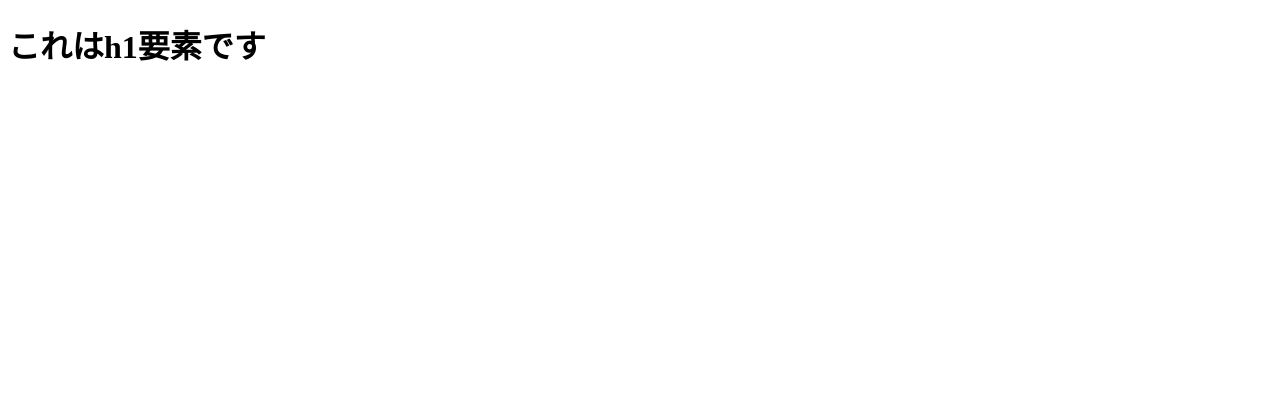
Repository: ryotaro516/Samurai_JS
Page: home.html
The author's editor kept a record of every edit. The page is drawn from the files as they stood at one moment, then again after the next edit.
The browser window is 1280 px wide. The pictures show the whole page.

Above is the page before.

After the next edit:
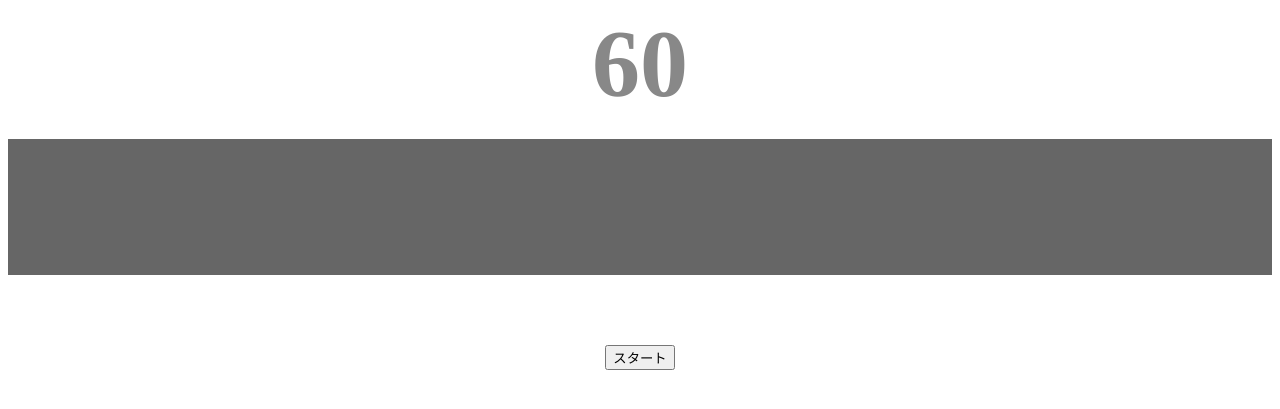
The edit:
--- a/home.html
+++ b/home.html
@@ -1,22 +1,42 @@
-<!DOCTYPE html>
-<html lang="ja">
-  <head>
-    <meta charset="utf-8">
-    <title>サンプルデモ</title>
-  </head>
-   <body>
-    <div></div>
+<!doctype html>
+<html>
+<head>
+    <meta charset="utf-8" />
+    <title>タイピングアプリ</title>
+    <style>
+
+        /* ここにCSSを記述する */
+     body {
+   font-size: 6em;
+   text-align: center;
+ }
+
+ #count {
+   margin: 0;
+   font-weight: bold;
+   color: #888;
+ }
+
+ #wrap {
+   margin-top: 20px;
+   padding: 20px 10px;
+   background-color: #666;
+   font-weight: bold;
+   color: #fff;
+ }
+    </style>
+</head>
+<body>
+    <p id="count">60</p>
+    <div id="wrap">
+        <p id="text"></p>
+    </div>
+    <button id="start">スタート</button>
 
     <script>
-        const div = document.querySelector('div');
-        const h1 = document.createElement('h1');
 
-        h1.textContent = 'これはh1要素です';
+        // ここにJavaScriptを記述する
 
-        div.appendChild(h1);
-
-        console.log(document.body);
     </script>
 </body>
-  </body>
 </html>
